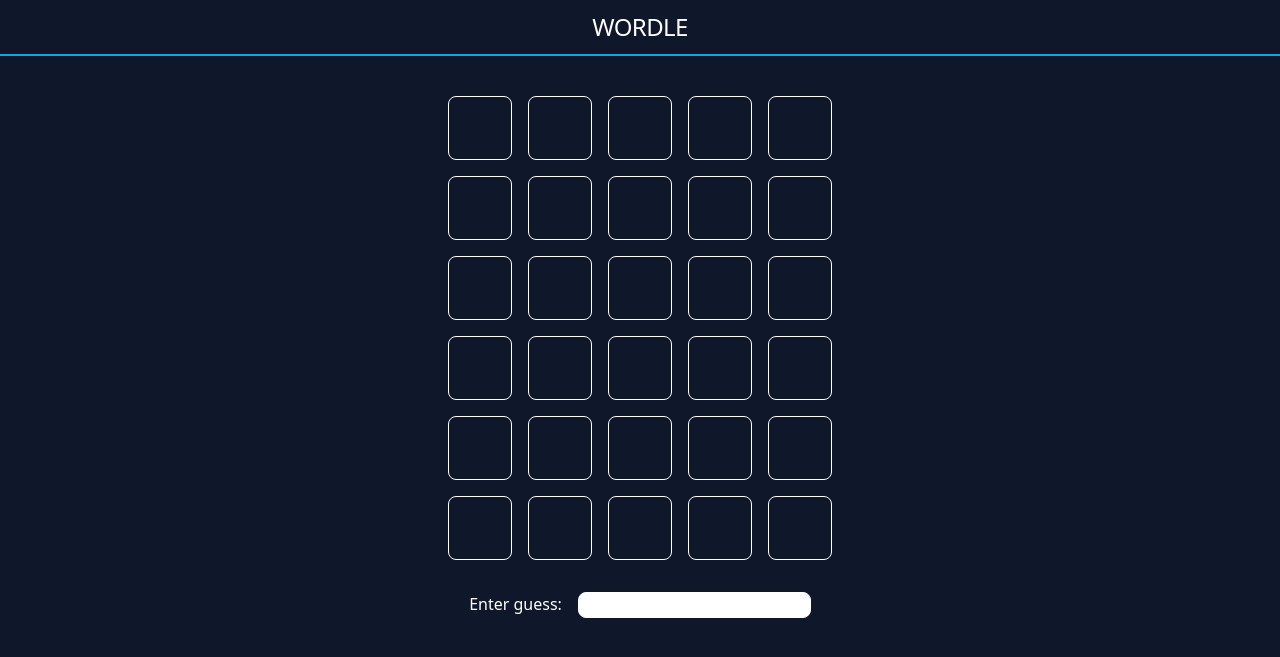
Repository: hjubsoni/basic-wordle-game
Page: / (app in client/)
The author's editor kept a copy of each file at every save. The page is drawn from the files as they stood at one save, then again after the next save.
The browser window is 1280 px wide. The pictures show the whole page.
The page's requests for data from a server got no answer. The project was rebuilt for these pictures with package versions that can differ from the ones it lists, and the page was loaded fresh each time. No one was signed in, and anything a server would have sent is missing. Also part of the build but not shown: client/vite.config.ts.

Above is the page before, as saved 2023-01-27 15:45:37.

### client/src/main.tsx
import React from 'react';
import ReactDOM from 'react-dom/client';
import App from './App';
import './index.css';

ReactDOM.createRoot(
  document.getElementById('root') as HTMLElement
).render(
  <React.StrictMode>
    <App />
  </React.StrictMode>
);

### client/src/App.tsx
import React from 'react';
import Header from './components/Header';
import Game from './components/Game';

function App() {
  return (
    <div className="h-full">
      <Header />
      <Game />
    </div>
  );
}

export default App;

### client/src/index.css
@tailwind base;
@tailwind components;
@tailwind utilities;

@layer base {
  html,
  body,
  #root {
    @apply h-full bg-slate-900;
  }
}

### client/src/components/Header/Header.tsx
import React from 'react';

function Header() {
  return (
    <header className="flex h-14 items-center justify-center  border-b-2 border-sky-500 ">
      <h2 className="uppercase text-white text-2xl tracking-tight">
        Wordle
      </h2>
    </header>
  );
}

export default Header;

### client/src/components/Game/Game.tsx
import React from 'react';
import { range } from '../../utils/range';
import Row from '../Row';
import Cell from '../Cell';
import Form from '../Form';

interface Styles {
  [key: string]: string;
}

function Game() {
  const [correctWord, setCorrectWord] = React.useState('');
  const [guessedWords, setGuessedWords] = React.useState<string[]>(
    new Array(6).fill('')
  );
  const [guess, setGuess] = React.useState<string>('');
  const [styles, setStyles] = React.useState<Styles[]>([]);

  const generateCorrectWord = async () => {
    const response = await fetch('http://localhost:5000/api');
    const words = await response.json();
    setCorrectWord(words[Math.floor(Math.random() * words.length)]);
  };

  React.useEffect(() => {
    generateCorrectWord();
  }, []);

  return (
    <main className="flex items-center justify-center flex-col gap-8">
      <div className="flex gap-4 flex-col max-w-sm w-full rouded-lg mt-10">
        {guessedWords.map((row, rowIdx) => {
          return (
            <Row key={rowIdx}>
              {range(5).map((_, cellIdx) => (
                <Cell key={cellIdx} letter={row[cellIdx]} />
              ))}
            </Row>
          );
        })}
      </div>
      {guessedWords.length === 6 && (
        <Form
          guess={guess}
          setGuess={setGuess}
          guessedWords={guessedWords}
          setGuessedWords={setGuessedWords}
          correctWord={correctWord}
        />
      )}
    </main>
  );
}

export default Game;

### client/src/utils/range.tsx
export const range = (start: number, end?: number, step = 1) => {
  let output = [];
  if (typeof end === 'undefined') {
    end = start;
    start = 0;
  }
  for (let i = start; i < end; i += step) {
    output.push(i);
  }
  return output;
};

### client/src/components/Cell/index.tsx
export { default } from './Cell';

### client/src/components/Row/Row.tsx
import React from 'react';

function Row({ children }: { children: React.ReactNode }) {
  return <div className="flex gap-4">{children}</div>;
}

export default Row;

### client/src/components/Cell/Cell.tsx
import React from 'react';

function Cell({ letter }: { letter: string }) {
  return (
    <div className="border border-white flex-1 aspect-square rounded-lg text-white text-3xl uppercase flex items-center justify-center">
      {letter}
    </div>
  );
}

export default Cell;

### client/src/components/Form/Form.tsx
import React from 'react';

interface FormProps {
  guess: string;
  setGuess: React.Dispatch<React.SetStateAction<string>>;
  guessedWords: string[];
  setGuessedWords: React.Dispatch<React.SetStateAction<string[]>>;
  correctWord: string;
}

function Form({
  guess,
  setGuess,
  guessedWords,
  setGuessedWords,
  correctWord,
}: FormProps) {
  const [currentRow, setCurrentRow] = React.useState(0);
  const handleSubmit = (e: React.FormEvent<HTMLFormElement>) => {
    e.preventDefault();
    const guessedWordsCopy = [...guessedWords];
    guessedWordsCopy[currentRow] = guess;
    setGuessedWords(guessedWordsCopy);
    setGuess('');
    setCurrentRow(currentRow + 1);
  };
  return (
    <form onSubmit={handleSubmit} className="flex gap-4">
      <label htmlFor="guess" className="text-white">
        Enter guess:
      </label>
      <input
        className="border border-white rounded-lg"
        type="text"
        id="guess"
        name="guess"
        value={guess}
        onChange={(e) => setGuess(e.target.value)}
        required={true}
        min={'5'}
        max={'5'}
      />
    </form>
  );
}

export default Form;

Loaded but not shown: client/index.html (common file); client/src/components/Header/index.tsx (common file); client/src/components/Game/index.tsx (common file); client/src/components/Row/index.tsx (common file); client/src/components/Form/index.tsx (common file); client/tailwind.config.cjs (common file)

After the next save:
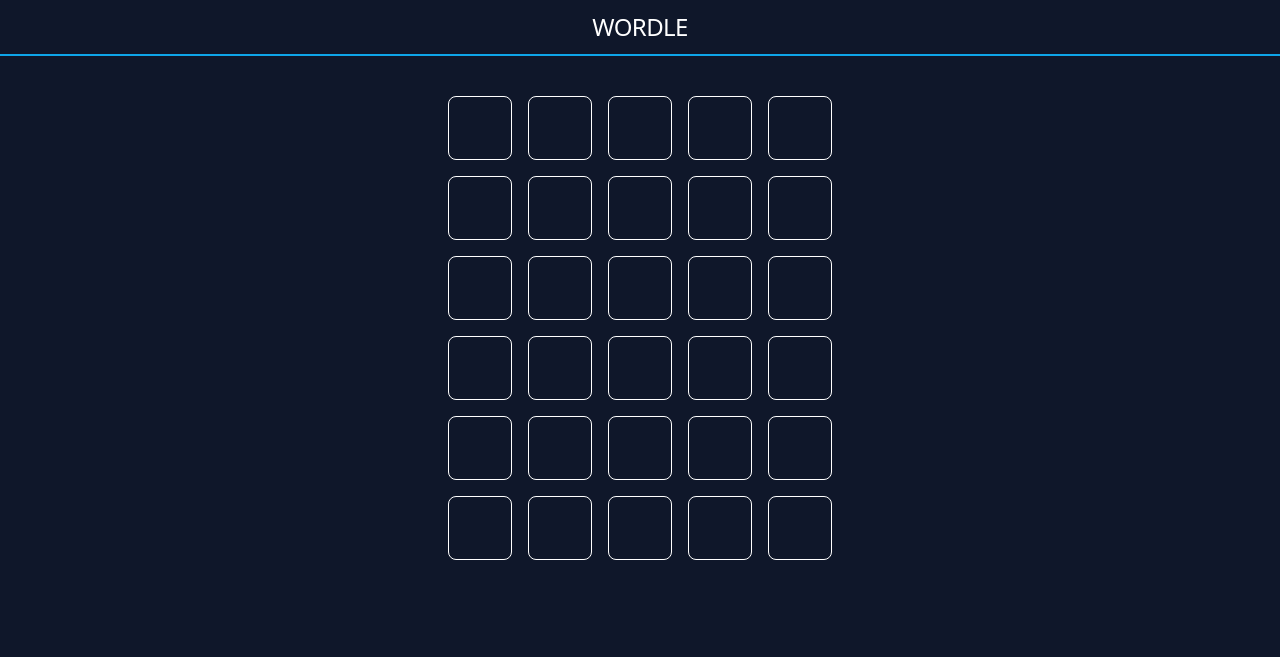
Saved 22 s later.
--- a/client/src/components/Game/Game.tsx
+++ b/client/src/components/Game/Game.tsx
@@ -39,7 +39,7 @@
           );
         })}
       </div>
-      {guessedWords.length === 6 && (
+      {guessedWords.length === 5 && (
         <Form
           guess={guess}
           setGuess={setGuess}

After the save that followed:
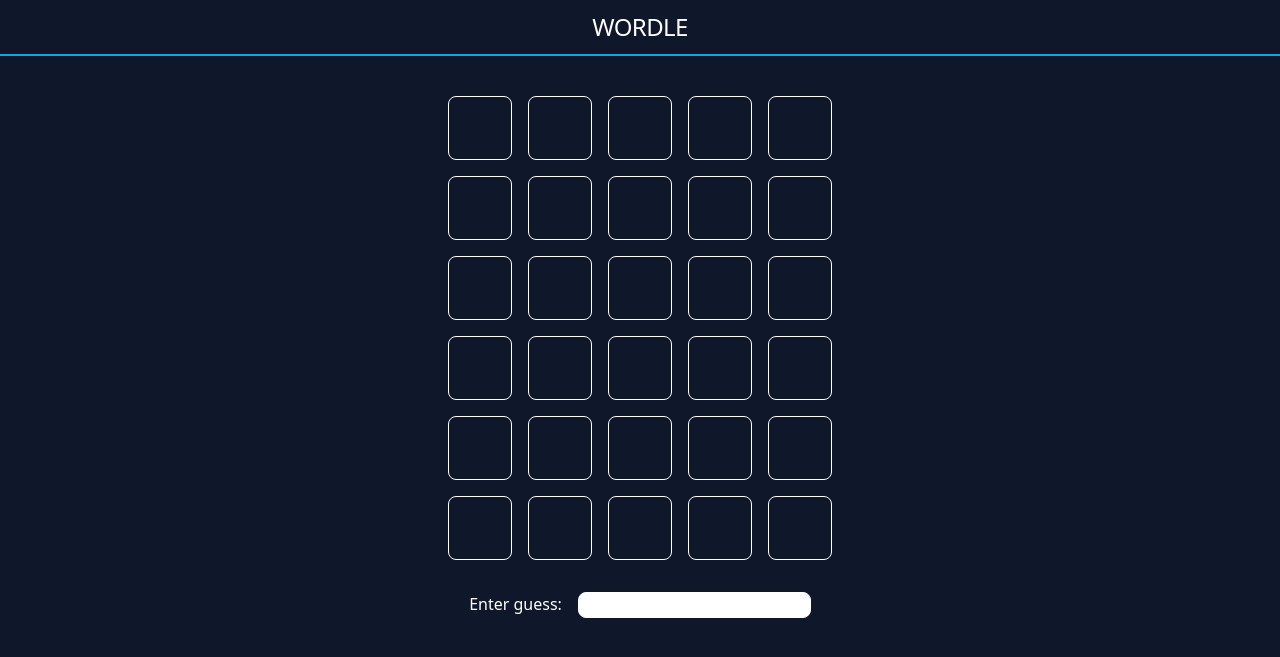
Saved 87 s later.
--- a/client/src/components/Game/Game.tsx
+++ b/client/src/components/Game/Game.tsx
@@ -39,7 +39,7 @@
           );
         })}
       </div>
-      {guessedWords.length === 5 && (
+      {guessedWords.length <= 6 && (
         <Form
           guess={guess}
           setGuess={setGuess}
